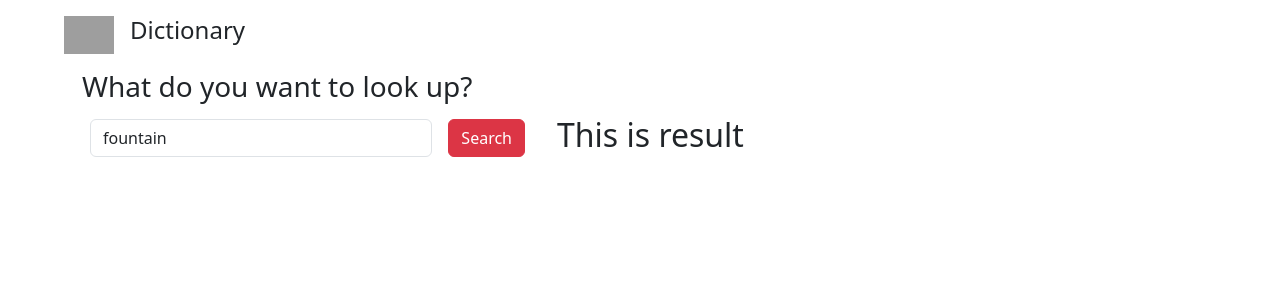
Repository: moehaymanmyint/react-dictionary-app
Page: /
These files come from the project's save history. The page is drawn as it stood at one moment and after the next save; the edit follows.
The browser window is 1280 px wide. The pictures show the whole page.
Pictures or frames that could not be fetched are drawn as grey boxes. The page's requests for data from a server got no answer. The project was rebuilt for these pictures with package versions that can differ from the ones it lists, and the page was loaded fresh each time. No one was signed in, and anything a server would have sent is missing.

Above is the page before, as saved 2024-08-28 10:50:07.

### src/App.js
import './App.css';
import 'bootstrap/dist/css/bootstrap.css';

import Search from "./Search"

function App() {
  return (
    <div className="App">
      {/* Logo */}
      <div className='logo m-3 mx-5 d-flex align-items-center'>
        <img src="https://th.bing.com/th/id/R.1ebe3e38406a8906121c9769e62adc3e?rik=d1hISy0qiMJ7Hg&pid=ImgRaw&r=0" alt="Logo" className='mx-3'/>
        <h4>Dictionary</h4>
      </div>

      <div className='container'>
        <Search />
      </div>
    </div>
  );
}

export default App;

### src/App.css
.App img{
    width: 50px;
}

### src/Search.js
import React, {useState} from "react";
import 'bootstrap/dist/css/bootstrap.css';
import axios from 'axios';
import Result from "./Result"

export default function Search(props){
    let [word, setWord] = useState('fountain');
    let [result, setResult] = useState(null);

    let apiUrl =  `https://api.shecodes.io/dictionary/v1/define?word=${word}&key=03aa5321feb0a48eoca7a4tede1f2bb1`;
    axios.get(apiUrl).then(handleResponse);

    function handleResponse(response){
        console.log(response);
        setResult(response.data[0]);
    }

    function handleSubmit(event){
        event.preventDefault();
        alert("searching for " + word);
    }

    function updateWord(event){
        setWord(event.target.value);
    }

    return (
        <div className="Content">
            <h3>What do you want to look up?</h3>
            <div className="row d-flex">
                <div className="col-5">
                    <form onSubmit={handleSubmit} className="d-flex">
                        <input type="search" className="form form-control m-2" value={word} onChange={updateWord}/>
                        <input type="submit" value="Search" className="btn btn-danger m-2"/>
                    </form>
                </div>
                <div className="col-7">
                    <div className="meaning">
                        <Result results={result} />
                    </div>
                </div>
            </div>
        </div>
    );
}

### src/Result.js
import React from "react";

export default function Result(props){

    return (
        <div className="Result fs-2">
            This is result
        </div>
    )
}

Loaded but not shown: public/index.html (common file); src/index.js (common file); src/index.css (common file); src/reportWebVitals.js (common file)

After the next save:
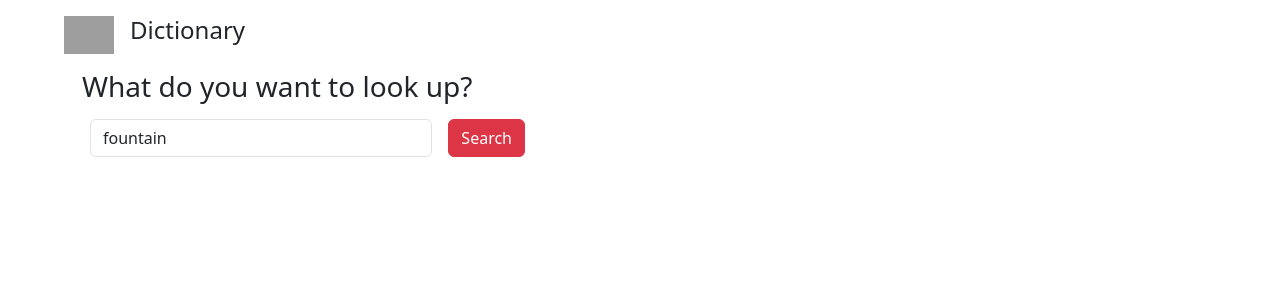
Saved 112 s later.
--- a/src/Result.js
+++ b/src/Result.js
@@ -1,10 +1,7 @@
 import React from "react";
 
 export default function Result(props){
-
-    return (
-        <div className="Result fs-2">
-            This is result
-        </div>
-    )
+    if(props.results){
+        return (<div className="">This is Results</div>)
+    }
 }
